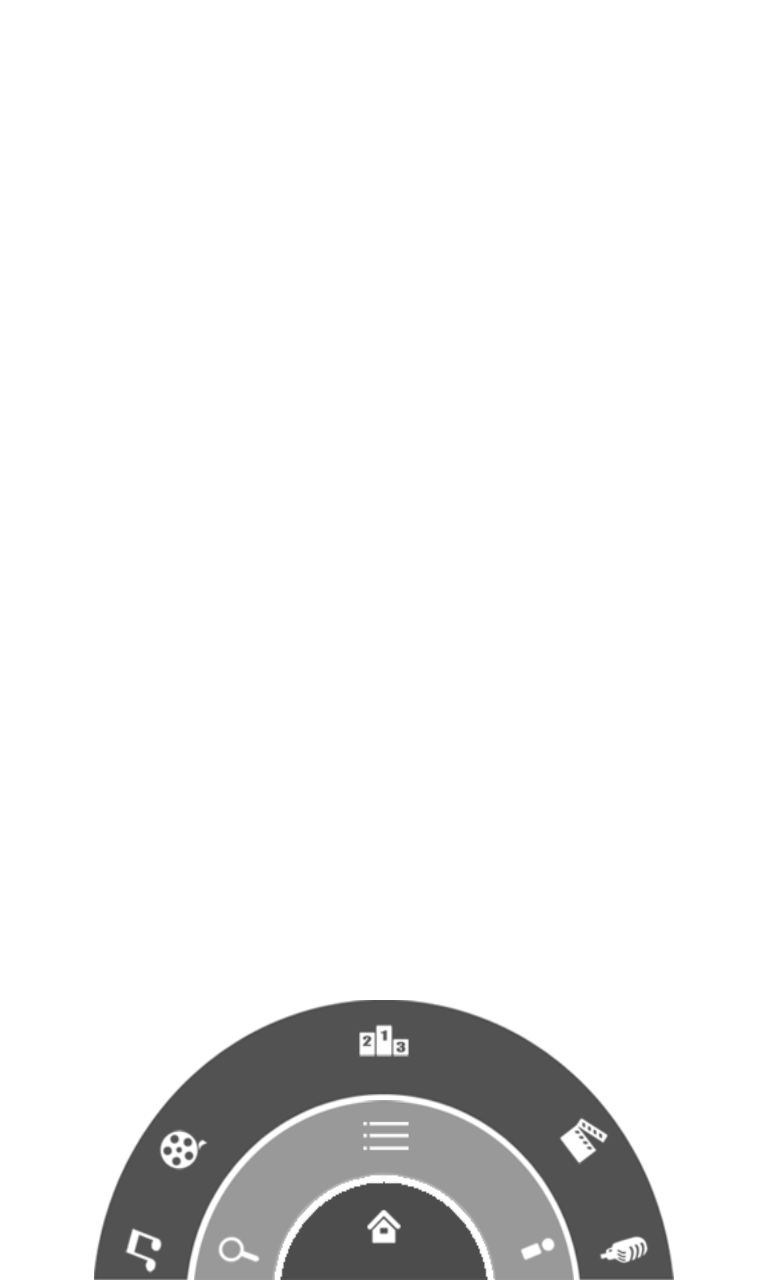
Repository: ASmouse/View
Layout: 02_UkuDemo14/res/layout/activity_main.xml
These files come from the project's save history. The layout is drawn as it stood at one moment and after the next save; the edit follows.
It is drawn on a 768 x 1280 px phone screen (xhdpi) without system bars, with theme AppTheme; the app's code is not run.

Above is the layout before, as saved 2015-10-24 03:09:12.

### 02_UkuDemo14/res/layout/activity_main.xml
<RelativeLayout xmlns:android="http://schemas.android.com/apk/res/android"
    xmlns:tools="http://schemas.android.com/tools"
    android:layout_width="match_parent"
    android:layout_height="match_parent"
    tools:context=".MainActivity" >

    <!-- uku菜单的第一层 -->

    <RelativeLayout
        android:layout_width="105dip"
        android:layout_height="50dip"
        android:layout_alignParentBottom="true"
        android:layout_centerHorizontal="true"
        android:background="@drawable/level1" >

        <!-- home键 -->

        <ImageView
            android:layout_width="wrap_content"
            android:layout_height="wrap_content"
            android:layout_centerHorizontal="true"
            android:layout_marginTop="3dip"
            android:src="@drawable/icon_home" />
    </RelativeLayout>

    <!-- uku菜单第二层 -->

    <RelativeLayout
        android:layout_width="190dip"
        android:layout_height="90dip"
        android:layout_alignParentBottom="true"
        android:layout_centerHorizontal="true"
        android:background="@drawable/level2" >

        <!-- 搜索 -->

        <ImageView
            android:layout_width="wrap_content"
            android:layout_height="wrap_content"
            android:layout_alignParentBottom="true"
            android:layout_marginLeft="8dip"
            android:src="@drawable/icon_search" />

        <!-- 菜单 -->

        <ImageView
            android:layout_width="wrap_content"
            android:layout_height="wrap_content"
            android:layout_centerHorizontal="true"
            android:layout_marginTop="3dip"
            android:src="@drawable/icon_menu" />

        <!-- 优酷菜单 -->

        <ImageView
            android:layout_width="wrap_content"
            android:layout_height="wrap_content"
            android:layout_alignParentBottom="true"
            android:layout_alignParentRight="true"
            android:layout_marginRight="3dip"
            android:layout_marginTop="3dip"
            android:src="@drawable/icon_myyouku" />
    </RelativeLayout>

    <!-- uku菜单第三层 -->

    <RelativeLayout
        android:layout_width="290dip"
        android:layout_height="140dip"
        android:layout_alignParentBottom="true"
        android:layout_centerHorizontal="true"
        android:background="@drawable/level3" >

        <!-- 第一个按钮 -->

        <ImageView
            android:id="@+id/channel1"
            android:layout_width="wrap_content"
            android:layout_height="wrap_content"
            android:layout_alignParentBottom="true"
            android:layout_marginLeft="10dip"
            android:src="@drawable/channel1" />

        <!-- 第四个按钮 -->

        <ImageView
            android:id="@+id/channel4"
            android:layout_width="wrap_content"
            android:layout_height="wrap_content"
            android:layout_centerHorizontal="true"
            android:layout_marginLeft="10dip"
            android:layout_marginTop="5dip"
            android:src="@drawable/channel4" />

        <!-- 第七个按钮 -->

        <ImageView
            android:id="@+id/channel7"
            android:layout_height="wrap_content"
            android:layout_alignParentBottom="true"
            android:layout_alignParentRight="true"
            android:layout_marginLeft="10dip"
            android:layout_marginRight="10dip"
            android:layout_marginTop="5dip"
            android:layout_width="wrap_content"
            android:src="@drawable/channel7" />

        <!-- 第二个按钮 -->

        <ImageView
            android:layout_marginLeft="30dip"
            android:layout_above="@id/channel1"

            android:layout_marginBottom="20dip"
            android:layout_width="wrap_content"
            android:layout_height="wrap_content"

            android:src="@drawable/channel2" />

         <!-- 第六个按钮 -->

        <ImageView
            android:layout_marginRight="30dip"
            android:layout_alignParentRight="true"
            android:layout_above="@id/channel7"

            android:layout_marginBottom="20dip"
            android:layout_width="wrap_content"
            android:layout_height="wrap_content"

            android:src="@drawable/channel6" />
    </RelativeLayout>

</RelativeLayout>

Loaded but not shown: 02_UkuDemo14/res/values/styles.xml (common file); 02_UkuDemo14/res/values-v11/styles.xml (common file); 02_UkuDemo14/res/values-v14/styles.xml (common file)

After the next save:
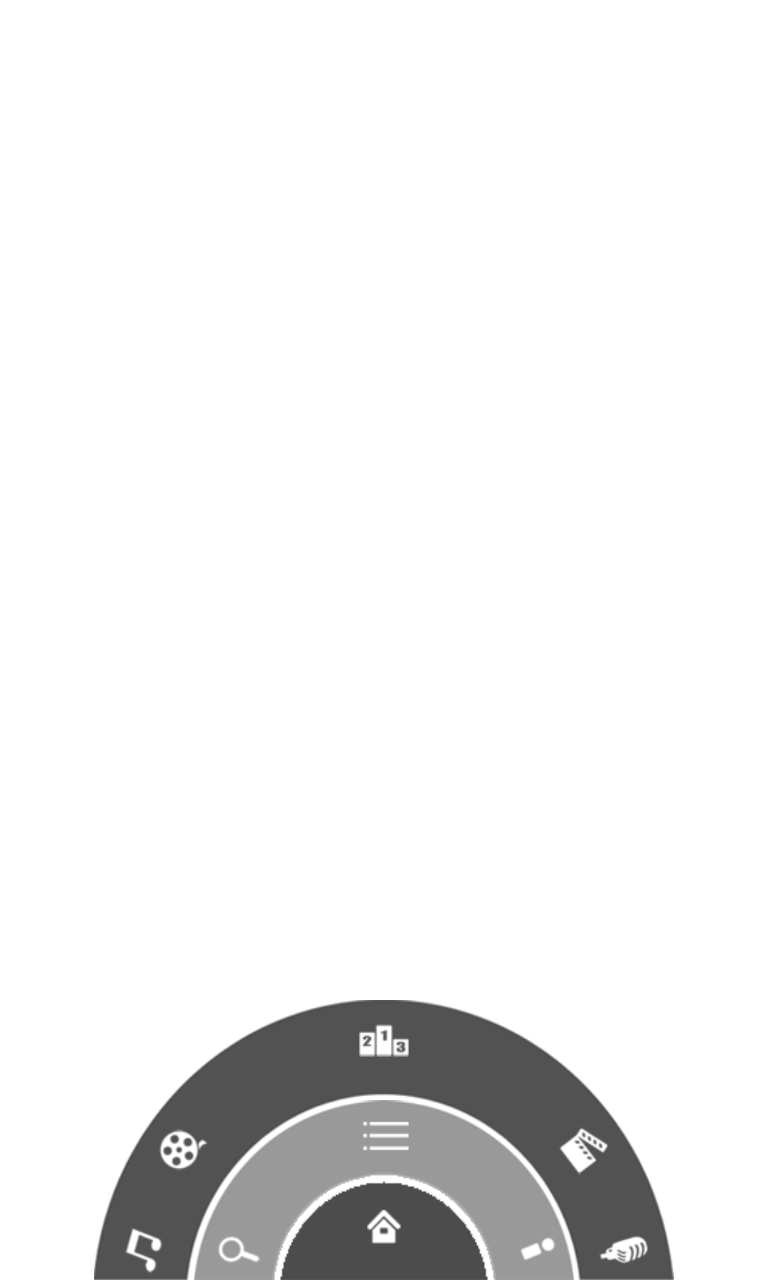
Saved 13 s later.
--- a/02_UkuDemo14/res/layout/activity_main.xml
+++ b/02_UkuDemo14/res/layout/activity_main.xml
@@ -124,7 +124,7 @@
             android:layout_alignParentRight="true"
             android:layout_above="@id/channel7"
 
-            android:layout_marginBottom="20dip"
+            android:layout_marginBottom="15dip"
             android:layout_width="wrap_content"
             android:layout_height="wrap_content"
 
